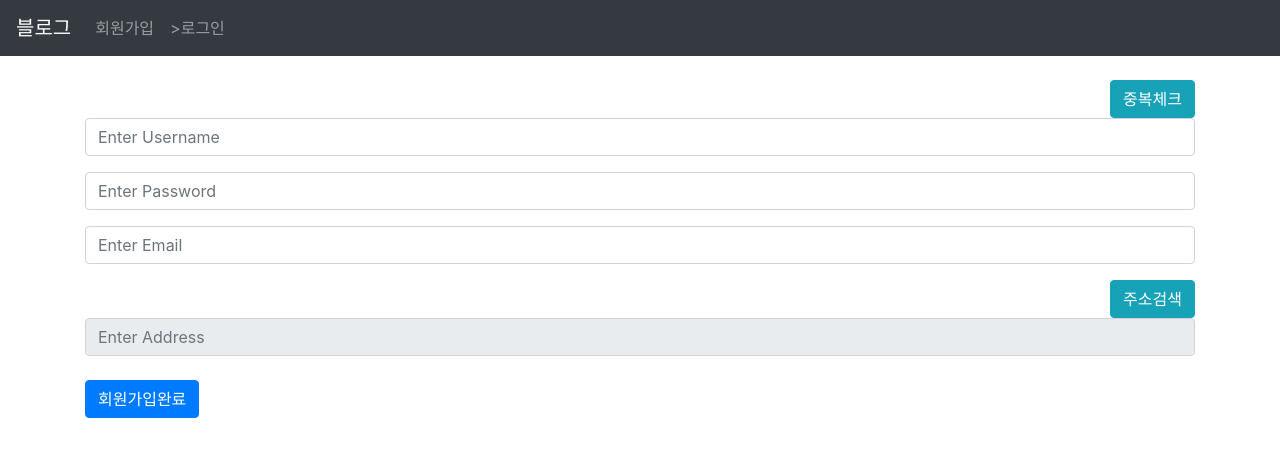
Repository: oshLunch/blog
Page: http://localhost/blog/user/joinForm.jsp
These files come from the project's save history. The page is drawn as it stood at one moment and after the next save; the edit follows.
The browser window is 1280 px wide. The pictures show the whole page.
The page is served by Tomcat 9. Nobody is signed in. The application's start-up code is not run.

Above is the page before, as saved 2021-01-04 08:46:39.

After the next save:
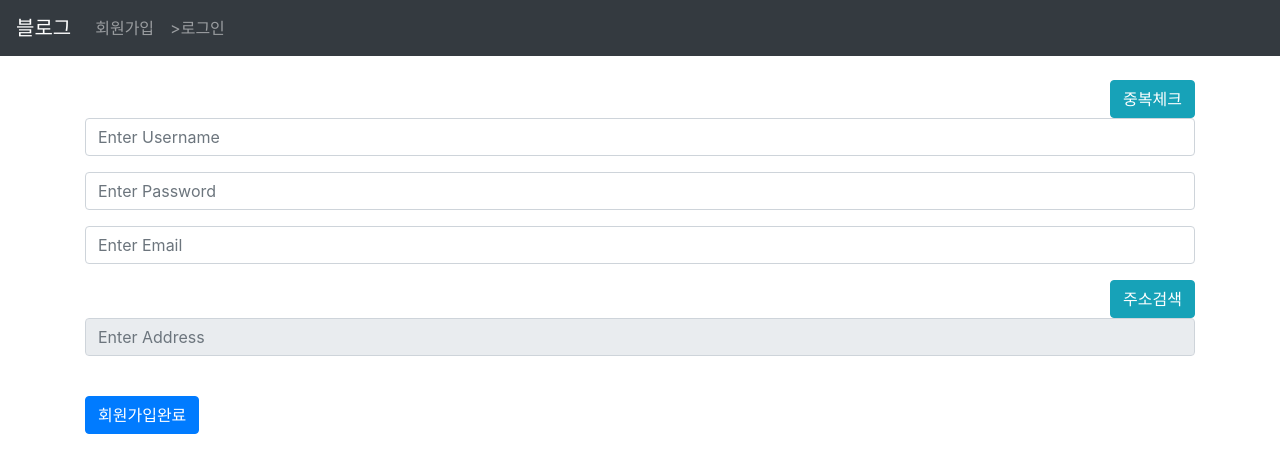
Saved 81 s later.
--- a/blog/WebContent/user/joinForm.jsp
+++ b/blog/WebContent/user/joinForm.jsp
@@ -22,7 +22,9 @@
 		<div class="d-flex justify-content-end">
 			<button type="button" class="btn btn-info" onclick="goPopup();">주소검색</button>
 		</div>
-		<input type="text" name="address" id="address" class="form-control" placeholder="Enter Address" required readonly/>
+		<div class="form-group">
+			<input type="text" name="address" id="address" class="form-control" placeholder="Enter Address" required readonly/>
+		</div>
 		<br/>
 		<button type="submit" class="btn btn-primary">회원가입완료</button>
 	</form>
